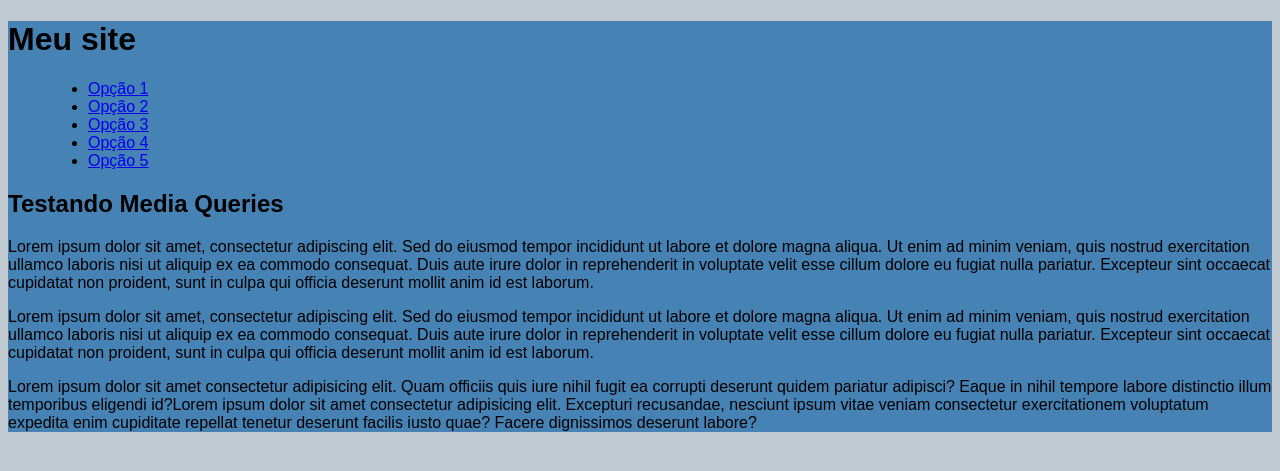
Repository: Sandro1969-tech/menu-hamburger
Page: index.html
The author's editor kept a copy of each file at every save. The page is drawn from the files as they stood at one save, then again after a run of saves.
The browser window is 1280 px wide. The pictures show the whole page.

Above is the page before, as saved 2025-12-25 18:01:38.

### index.html
<!DOCTYPE html>
<html lang="pt-br">
<head>
    <meta charset="UTF-8">
    <meta name="viewport" content="width=device-width, initial-scale=1.0">
    <title>Media Queries</title>
    <link rel="stylesheet" href="style.css">
</head>
<body>
  <header>
    <main>
            <h1>Meu site</h1>
            <menu>
                <ul>
                    <li><a href="#">Opção 1</a></li>
                    <li><a href="#">Opção 2</a></li>
                    <li><a href="#">Opção 3</a></li>
                    <li><a href="#">Opção 4</a></li>
                    <li><a href="#">Opção 5</a></li>
                </ul>
            </menu>
                <article>
                    <h2>Testando Media Queries</h2>
                    <p>Lorem ipsum dolor sit amet, consectetur adipiscing elit. Sed do eiusmod tempor incididunt ut labore et dolore magna aliqua. Ut enim ad minim veniam, quis nostrud exercitation ullamco laboris nisi ut aliquip ex ea commodo consequat. Duis aute irure dolor in reprehenderit in voluptate velit esse cillum dolore eu fugiat nulla pariatur. Excepteur sint occaecat cupidatat non proident, sunt in culpa qui officia deserunt mollit anim id est laborum.</p>
                    <p>Lorem ipsum dolor sit amet, consectetur adipiscing elit. Sed do eiusmod tempor incididunt ut labore et dolore magna aliqua. Ut enim ad minim veniam, quis nostrud exercitation ullamco laboris nisi ut aliquip ex ea commodo consequat. Duis aute irure dolor in reprehenderit in voluptate velit esse cillum dolore eu fugiat nulla pariatur. Excepteur sint occaecat cupidatat non proident, sunt in culpa qui officia deserunt mollit anim id est laborum.</p>
                    <p> Lorem ipsum dolor sit amet consectetur adipisicing elit. Quam officiis quis iure nihil fugit ea corrupti deserunt quidem pariatur adipisci? Eaque in nihil tempore labore distinctio illum temporibus eligendi id?Lorem ipsum dolor sit amet consectetur adipisicing elit. Excepturi recusandae, nesciunt ipsum vitae veniam consectetur exercitationem voluptatum expedita enim cupiditate repellat tenetur deserunt facilis iusto quae? Facere dignissimos deserunt labore?</p>
                </article>
    </main>
  </header>
</body>
</html>

### style.css
@charset "UTF-8";

* {
    font-family: Arial, Helvetica, sans-serif;
}

body {
    background-color:
    rgba(119, 136, 153, 0.459);
}
header {
    background-color: rgb(70, 130, 180);
}

After the next 2 saves:
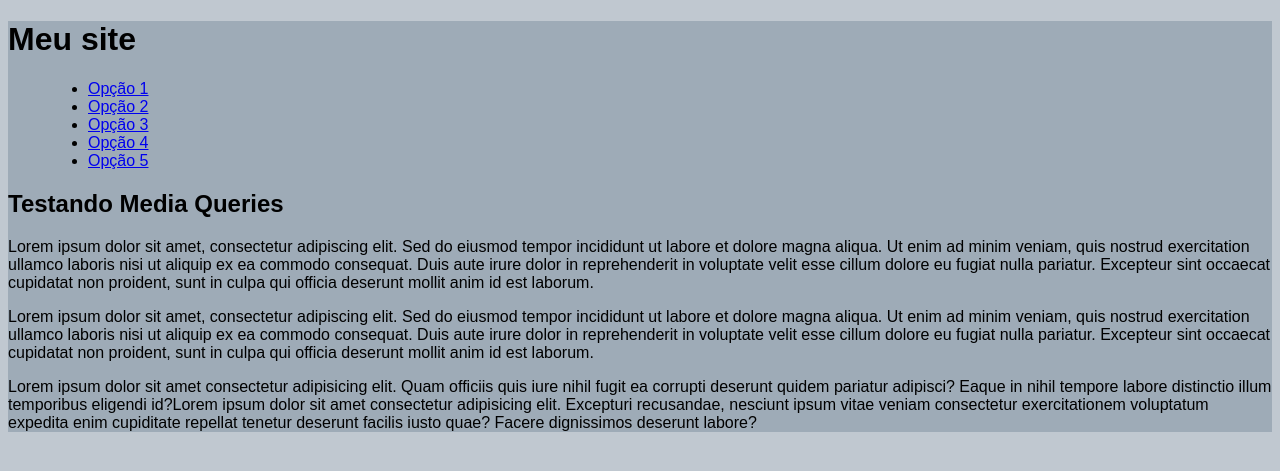
The 2 saves are shown as one change because they came seconds apart.
The last was saved 19 s later.
--- a/style.css
+++ b/style.css
@@ -9,5 +9,6 @@ body {
     rgba(119, 136, 153, 0.459);
 }
 header {
-    background-color: rgb(70, 130, 180);
+    background-color:     rgba(119, 136, 153, 0.459);
+;
 }
